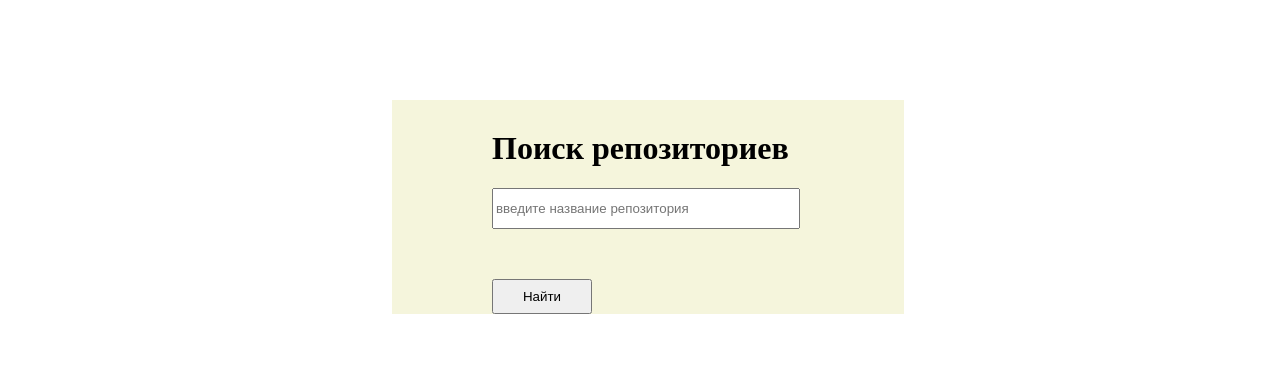
Repository: Grid-Master/repositoriesSearch
Page: index.html
The author's editor kept a copy of each file at every save. The page is drawn from the files as they stood at one save, then again after the next save.
The browser window is 1280 px wide. The pictures show the whole page.

Above is the page before, as saved 2023-03-06 01:05:07.

### index.html
<!DOCTYPE html>
<html lang="en">
  <head>
    <meta charset="UTF-8" />
    <meta http-equiv="X-UA-Compatible" content="IE=edge" />
    <meta name="viewport" content="width=device-width, initial-scale=1.0" />
    <title>git</title>
    <style>
      form {
        margin: 100px;
        margin-bottom: 0;
      }
      button {
        width: 100px;
        height: 35px;
      }
      input {
        width: 300px;
        height: 35px;
        margin-bottom: 50px;
        margin-right: 30px;
      }
      ul {
        margin: 100px;
        margin-top: 0;
        display: flex;
        flex-direction: column;
        padding: 0;
      }
      ul a {
        margin-top: 10px;
        text-decoration: none;
        font-size: 20px;
        padding-bottom: 30px;
      }
      ul a:hover {
        background-color: aqua;
      }

      div {
        width: 40vw;
        background-color: beige;
        margin-left: 30vw;
        margin-right: 30vw;
      }
      h1 {
        padding-top: 30px;
      }
    </style>
  </head>
  <body>
    <div>
      <form id="form" onsubmit="searchRepositories(); return false">
        <h1>Поиск репозиториев</h1>
        <input id="reposName" type="text" placeholder="введите название репозитория" />
        <button type="submit">Найти</button>
      </form>
      <ul id="list"></ul>
    </div>
    <script src="./script.js"></script>
  </body>
</html>

### script.js
let repositories = [];

async function getRepositories() {
  let response = await fetch(`https://api.github.com/repositories`);
  repositories = await response.json();
}

async function searchRepositories() {
  let name = document.getElementById('reposName').value;
  let list = document.getElementById('list');
  let repositoriesNames = [];

  list.innerHTML = null;

  if (name) {
    await getRepositories();
    repositories.map((repository) => repositoriesNames.push(repository.name));
    console.log(repositories);
    for (let i = 0; i < repositories.length; i++) {
      if (list.childNodes.length == 20) {
        break;
      } else if (repositoriesNames[i].toLowerCase().includes(name)) {
        let li = document.createElement('li');
        let link = document.createElement('a');
        link.setAttribute('href', repositories[i].html_url);
        link.setAttribute('target', '_blank');
        link.innerText = `Репозиторий - ${repositoriesNames[i]}`;
        li.innerHTML = link;
        list.append(link, `Id - ${repositories[i].id}  Создатель - ${repositories[i].owner.login}`);
      }
    }
    if (!list.hasChildNodes()) {
      list.append('Ошибка. Ничего не найдено');
    }
    document.getElementById('reposName').value = '';
  }
}

After the next save:
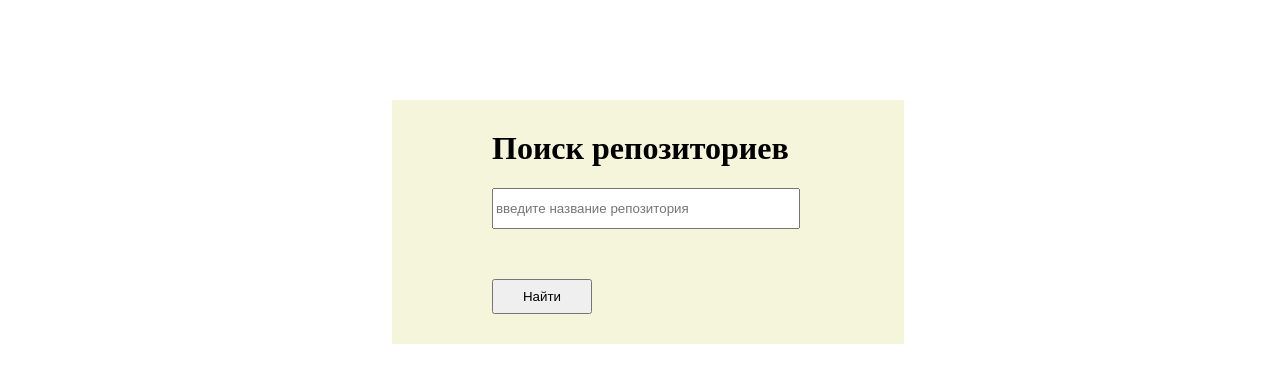
Saved 5 s later.
--- a/index.html
+++ b/index.html
@@ -26,12 +26,12 @@
         display: flex;
         flex-direction: column;
         padding: 0;
+        padding-bottom: 30px;
       }
       ul a {
         margin-top: 10px;
         text-decoration: none;
         font-size: 20px;
-        padding-bottom: 30px;
       }
       ul a:hover {
         background-color: aqua;
